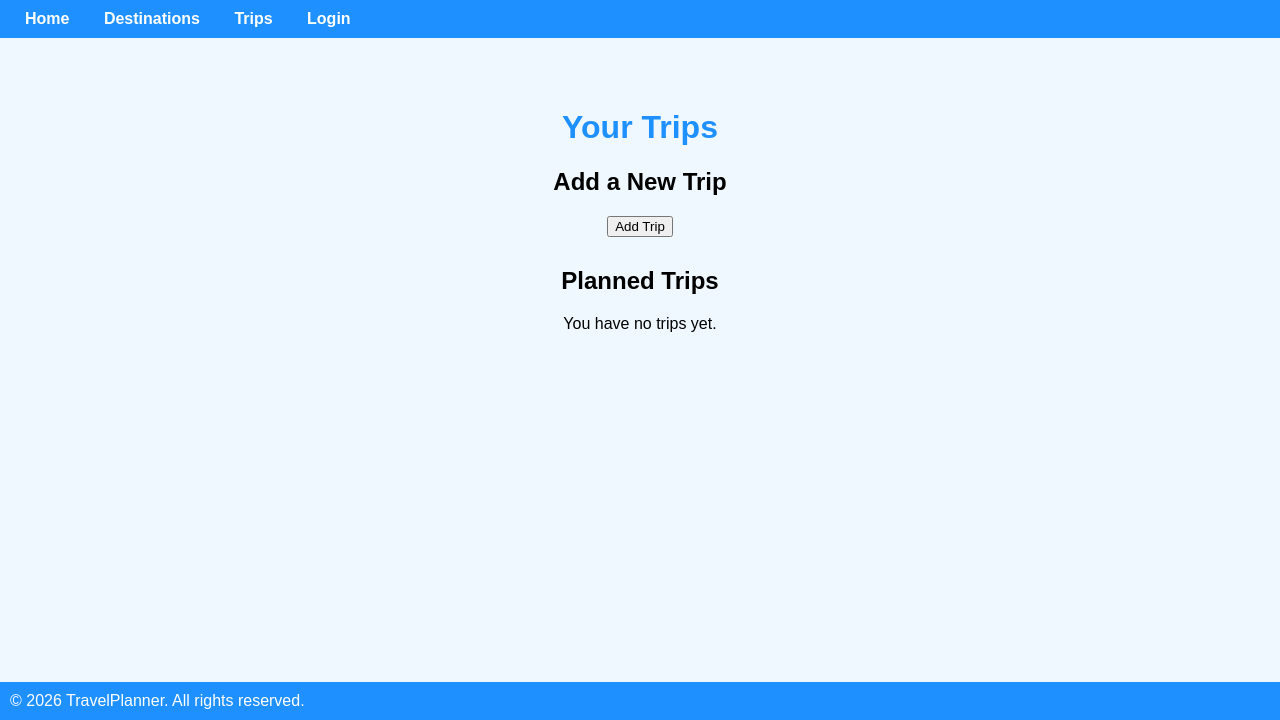
Repository: OCEANIC7/GROUP9
Page: travelplanner/planner/templates/planner/trips.html
These files come from the project's save history. The page is drawn as it stood at one moment and after a run of saves; the edit follows.
The browser window is 1280 px wide. The pictures show the whole page.
The template is drawn by Django 5.2. The application's start-up code is not run. The template is opened directly, without the code that normally fills it, so the values that code supplies are empty.

Above is the page before, as saved 2026-02-03 02:39:20.

After the next 2 saves:
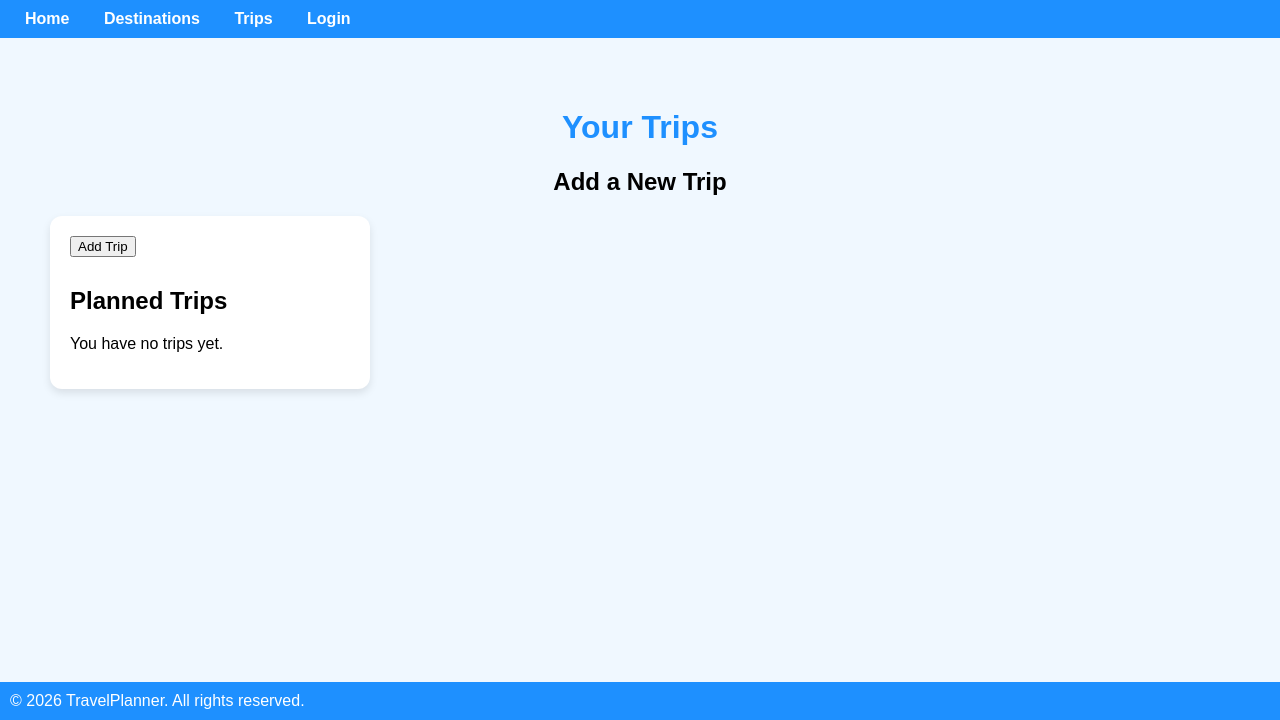
The 2 saves are shown as one change because they came seconds apart.
The last was saved 10 s later.
--- a/travelplanner/planner/templates/planner/trips.html
+++ b/travelplanner/planner/templates/planner/trips.html
@@ -6,7 +6,7 @@
 <h1>Your Trips</h1>
 
 <h2>Add a New Trip</h2>
-<div class="trip-section">
+<div class="trip-card">
 <form method="POST" style="margin-bottom:30px;">
     {% csrf_token %}
     {{ form.as_p }}
